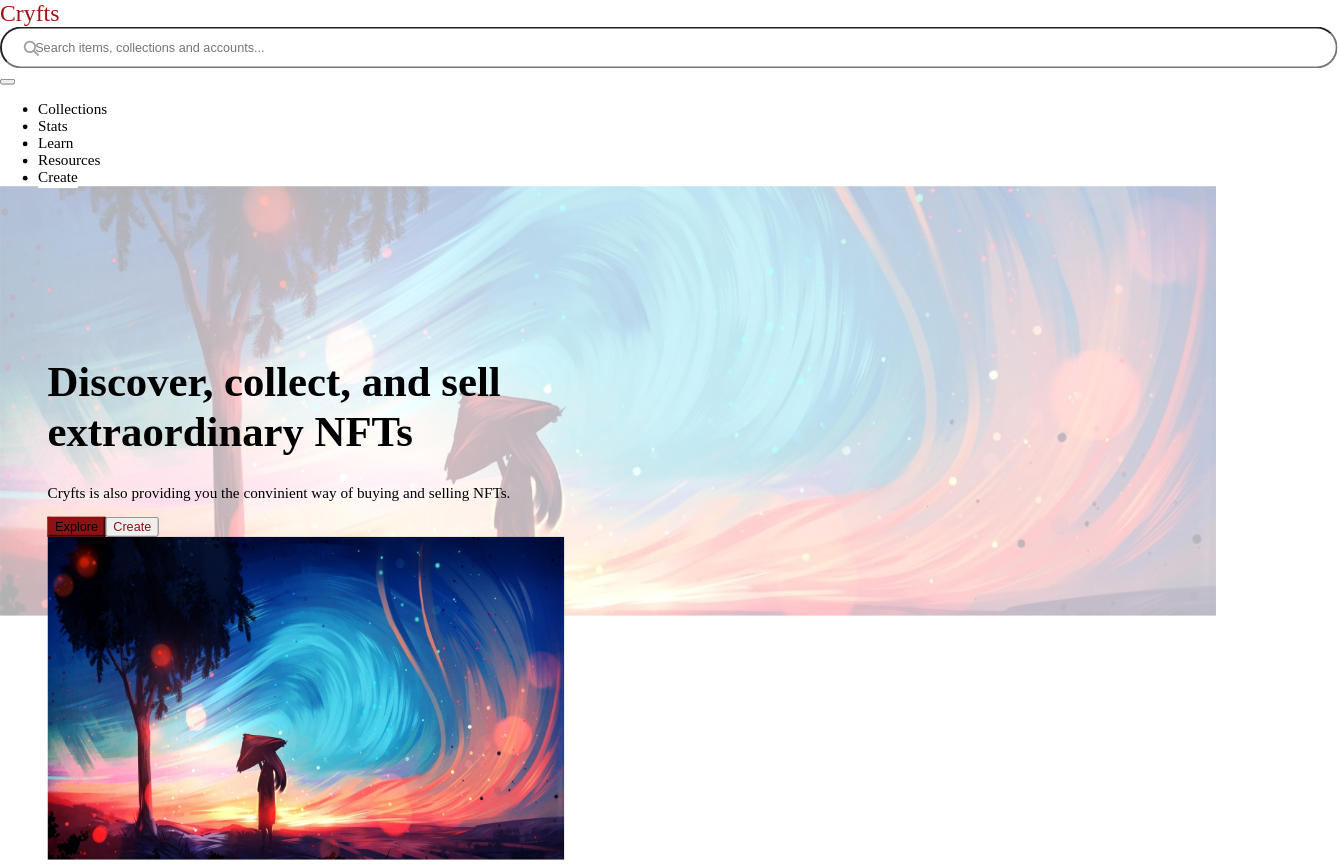
Repository: Huzaifa-2609/opensea_project
Page: /
The author's editor kept a copy of each file at every save. The page is drawn from the files as they stood at one save, then again after the next save.
The browser window is 1280 px wide. The page is 1408 px wide, so the pictures cover 1408 px, including what lies to the right of the window. The pictures show the whole page, at 95% of full size.
Some web libraries are served in a nearby version. The project was rebuilt for these pictures with package versions that can differ from the ones it lists, and the page was loaded fresh each time. The framework's server and built-in components were replaced by stand-ins that run in the browser. Also part of the build but not shown: next.config.js, styles/Home.module.css.

Above is the page before, as saved 2022-07-11 20:56:43.

### pages/_app.js
// import Navbar from '../components/Navbar'
import '../styles/globals.css'
import Head from "next/head"
import Script from 'next/script'
import "../styles/hero.css"
import Vnavbar from '../components/Vnavbar'
function MyApp({ Component, pageProps }) {
  return(
    <>
    <Script src="https://kit.fontawesome.com/30bda3e318.js" crossorigin="anonymous"></Script>
    <Script src="https://cdn.jsdelivr.net/npm/bootstrap@5.2.0-beta1/dist/js/bootstrap.bundle.min.js" integrity="sha384-pprn3073KE6tl6bjs2QrFaJGz5/SUsLqktiwsUTF55Jfv3qYSDhgCecCxMW52nD2" crossOrigin="anonymous"></Script>
    {/* <Navbar title={"Cryfts"}/> */}
    <Vnavbar title={"Cryfts"}/>
  <Component {...pageProps} />
  </>
  )
}

export default MyApp

### pages/_document.js
import { Html, Head, Main, NextScript } from 'next/document'

export default function Document() {
  return (
    <Html>
      <Head>
      <link href="https://cdn.jsdelivr.net/npm/bootstrap@5.2.0-beta1/dist/css/bootstrap.min.css" rel="stylesheet" integrity="sha384-0evHe/X+R7YkIZDRvuzKMRqM+OrBnVFBL6DOitfPri4tjfHxaWutUpFmBp4vmVor" crossOrigin="anonymous"/>
      </Head>
      <body>
        <Main />
        <NextScript />
      </body>
    </Html>
  )
}

### pages/index.js
import Head from 'next/head'
import Image from 'next/image'
import Hero from '../components/Hero'
import styles from '../styles/Home.module.css'

export default function Home() {
  return (
    <>
    <div>
      <Head>
        <title>Create Next App</title>
        <meta name="description" content="Generated by create next app" />
        <link rel="icon" href="/favicon.ico" />
      </Head>
         </div>
      <Hero/>
      </>
  )
}

### styles/globals.css
:root {
  --light: #9f1313;
  --dark: #8d1212;
}
html,
body {
  padding: 0;
  margin: 0;
  /* font-family: -apple-system, BlinkMacSystemFont, Segoe UI, Roboto, Oxygen,
    Ubuntu, Cantarell, Fira Sans, Droid Sans, Helvetica Neue, sans-serif; */
}

a {
  color: inherit;
  text-decoration: none;
}

* {
  box-sizing: border-box;
}
@media all and (min-width: 992px) {
  .navbar .nav-item .dropdown-menu{ display: none; }
  .navbar .nav-item .nav-link{ border-bottom:3px solid white;  }
  .navbar .nav-item:hover .nav-link{ border-bottom:3px solid var(--light);  }
  .navbar .nav-item:hover .dropdown-menu{ display: block; }
  .navbar .nav-item .dropdown-menu{ margin-top:0; }


}
@media all and (max-width: 992px){
  .pic{display: none;}
  .signup-cls{   margin-top: 15% !important;}
  .signin-cls .card{border:none; box-shadow: none !important;}
  .media{display: none;}
  .empass{flex-direction: column ;}
}

nav {
  /* border-bottom:1px solid #ede4e4; */
  background-color: white;
}
.comp1{
  width: 22rem;
  border: none;

}
.comp{
  margin: 90px 0px;
}
.text-color{
  color: var(--dark);
}
.bg-color{
  background-color: var(--dark);
}
.btn1:hover{
  background-color: var(--light);
  border-color: var(--dark);

}
.bd-color{
  border-color: var(--dark);
}
.navbar-light .navbar-brand{
  color: var(--dark);
}
.navbar-light .navbar-brand:hover{
  color: var(--light);
}
.navbar-brand{
  font-size: 25px;
}
.link-hover :hover{
  color: var(--dark);
}
.form-check-label-color{
  color: var(--dark);
}
.form-outline{
  width: 75%!important;
}
.form-control:focus {
  border-color: #ced4da;
  box-shadow: none!important;
}

/* Navbar search css */
.form{
  position: relative;

}

.form .fa-search{

  position: absolute;
  top:15px;
  left: 25px;
  color: #9ca3af;

}

.form span{

  position: absolute;
  right: 17px;
  top: 13px;
  padding: 2px;
  border-left: 1px solid #d1d5db;

}

.left-pan{
  padding-left: 7px;
}

.left-pan i{

 padding-left: 10px;
}

.form-input{
  width: 220%;
  height: 44px;
  text-indent: 33px;
  border-radius: 40px;
}

.form-input:focus{

  box-shadow: none;
  border:none;
}

### styles/hero.css
/* .body{
} */
/* .bg{
    background: url("../public/nftbg.jpg") no-repeat center center/cover;
} */
.bg::before{
    content: "";
    background:url("../public/nftbg.jpg") no-repeat center center/cover;
    position: absolute;
    height:90%;
    width:100%;
    z-index: -1;
    opacity: 0.3;
    top: 0px;
    left: 0px;
}

### components/Vnavbar.js
import React from 'react'
import Link from 'next/link'
import { useRouter } from 'next/router'

const Vnavbar = (props) => {
    const location=useRouter();
    return (
      <div>
        <nav className="navbar  navbar-text h-100 shadow-sm navbar-expand-lg navbar-light">
    <div className=" d-flex flex-column h-100">
        <div className="d-flex flex-column">

      <a className="navbar-brand text-color fw-bolder ml-2" href="/">{props.title}</a>
      <div className="collapse navbar-collapse" style={{width:"50%"}} id="navbarSupportedContent">

              <div className="row height d-flex justify-content-center align-items-center">

                  <div className="form">
                    <i className="fa fa-search"></i>
                    <input type="text" className="form-control form-input" placeholder="Search items, collections and accounts..."/>
                  </div>

              </div>
              </div>
      <button className="navbar-toggler" type="button" data-bs-toggle="collapse" data-bs-target="#navbarSupportedContent" aria-controls="navbarSupportedContent" aria-expanded="false" aria-label="Toggle navigation">
        <span className="navbar-toggler-icon"></span>
      </button>


        <ul className="navbar-nav gap-4 d-flex flex-column m-auto mb-2 mb-lg-0 fw-bold" style={location.pathname==="/signup"?{visibility:"hidden"}:{}}>
        <li className="nav-item">
            <Link href="/collections/0x7132e1d414161A232c2027aE6C66D7914649bA66"><a className="nav-link " aria-current="page" >Collections</a></Link>
          </li>
          <li className="nav-item">
            <Link href="/"><a className="nav-link" aria-current="page" >Stats</a></Link>
          </li>
          <li className="nav-item">
            <Link href="/"><a className="nav-link " >Learn</a></Link>
          </li>

          <li className="nav-item dropdown">
            <Link href="/"><a className="nav-link dropdown-toggle pe-none"  id="navbarDropdown" role="button" data-bs-toggle="dropdown" aria-expanded="false">
              Resources
            </a></Link>
            <ul className="dropdown-menu" aria-labelledby="navbarDropdown">
              <li><Link href="/"><a className="dropdown-item" >Action</a></Link></li>
              <li><Link href="/"><a className="dropdown-item" >Another action</a></Link></li>
              <li><hr className="dropdown-divider"/></li>
              <li><Link href="/"><a className="dropdown-item" >Something else here</a></Link></li>
            </ul>
          </li>
          <li className="nav-item">
            <Link  href="/"><a className="nav-link">Create</a></Link>
          </li>
        </ul >
        {/* <form className="d-flex" role="search">
          <ul className="navbar-nav gap-3 media" style={location.pathname==="/signup"?{display:"none"}:{}}>
        <li className="nav-item float-right">
            <Link href="/login"><a className="nav-link"  >Sign in</a></Link>
      </li>
        <li className="nav-item mx-2">
      <Link href='/signup'><a className="btn btn1 btn-primary bd-color bg-color"  style={location.pathname==="/signup"?{display:"none"}:{}} type="submit">Get Started</a></Link>
      </li>
          </ul>
        </form> */}
      </div>
    </div>
  </nav>
      </div>
    )

}

export default Vnavbar

### components/Hero.js
import React from "react";
import Image from "next/image";
import img from "../public/nftbg.jpg";

const Hero = () => {
  const style = {
    marginTop: "100px",
    height: "70vh",
    padding: "50px",
  };
  return (
    <>
      <div
        className=" d-flex justify-content-between bg align-items-center "
        style={style}
      >
        <div
          className="card mb-3 border-0 bg-transparent"
          style={{ width: "34rem" }}
        >
          <div className="card-body">
            <h1 className="card-title " style={{ fontSize: "45px" }}>
              Discover, collect, and sell extraordinary NFTs
            </h1>
            <p className="card-subtitle text-muted mt-3 fs-3">
              Cryfts is also providing you the convinient way of buying and selling NFTs.
            </p>
          </div>
          <div className="d-flex gap-4 m-2">
          <button type="button" className="btn btn-primary bd-color bg-color btn1 btn-lg fs1 w-25 py-2">
            Explore
          </button>
          <button type="button" className="btn btn-light border-1 shadow-sm btn-lg text-color fs1 w-25 py-2">
            Create
          </button>
          </div>
        </div>
        <div className="card mb-3 border-0 " style={{ width: "34rem" }}>
          <Image
            src={img}
            className="card-img-top"
            alt="NFT image"
            style={{ height: "34rem" }}
          />
          {/* <div className="card-body">
            <h1 className="card-title">Discover, collect, and sell extraordinary NFTs</h1>
            <h3 className="card-subtitle text-muted mt-3">
            OpenSea is the world's first and largest NFT marketplace
            </h3>
          </div> */}
        </div>
      </div>
    </>
  );
};

export default Hero;

### components/Navbar.js
import React from 'react'
import Link from 'next/link'
import { useRouter } from 'next/router'
const Navbar = (props) => {
  const location=useRouter();
  return (
    <div>
      <nav className="navbar shadow-sm fixed-top navbar-expand-lg navbar-light">
  <div className="container-fluid">
    <a className="navbar-brand text-color fw-bolder ml-2" href="/">{props.title}</a>
    <button className="navbar-toggler" type="button" data-bs-toggle="collapse" data-bs-target="#navbarSupportedContent" aria-controls="navbarSupportedContent" aria-expanded="false" aria-label="Toggle navigation">
      <span className="navbar-toggler-icon"></span>
    </button>

    <div className="collapse navbar-collapse" style={{width:"50%"}} id="navbarSupportedContent">

            <div className="row height d-flex justify-content-center align-items-center">

                <div className="form">
                  <i className="fa fa-search"></i>
                  <input type="text" className="form-control form-input" placeholder="Search items, collections and accounts..."/>
                </div>

            </div>


      <ul className="navbar-nav gap-4 m-auto mb-2 mb-lg-0 fw-bold" style={location.pathname==="/signup"?{visibility:"hidden"}:{}}>
      <li className="nav-item">
          <Link href="/collections/0x7132e1d414161A232c2027aE6C66D7914649bA66"><a className="nav-link " aria-current="page" >Collections</a></Link>
        </li>
        <li className="nav-item">
          <Link href="/"><a className="nav-link" aria-current="page" >Stats</a></Link>
        </li>
        <li className="nav-item">
          <Link href="/"><a className="nav-link " >Learn</a></Link>
        </li>

        <li className="nav-item dropdown">
          <Link href="/"><a className="nav-link dropdown-toggle pe-none"  id="navbarDropdown" role="button" data-bs-toggle="dropdown" aria-expanded="false">
            Resources
          </a></Link>
          <ul className="dropdown-menu" aria-labelledby="navbarDropdown">
            <li><Link href="/"><a className="dropdown-item" >Action</a></Link></li>
            <li><Link href="/"><a className="dropdown-item" >Another action</a></Link></li>
            <li><hr className="dropdown-divider"/></li>
            <li><Link href="/"><a className="dropdown-item" >Something else here</a></Link></li>
          </ul>
        </li>
        <li className="nav-item">
          <Link  href="/"><a className="nav-link">Create</a></Link>
        </li>
      </ul >
      {/* <form className="d-flex" role="search">
        <ul className="navbar-nav gap-3 media" style={location.pathname==="/signup"?{display:"none"}:{}}>
      <li className="nav-item float-right">
          <Link href="/login"><a className="nav-link"  >Sign in</a></Link>
    </li>
      <li className="nav-item mx-2">
    <Link href='/signup'><a className="btn btn1 btn-primary bd-color bg-color"  style={location.pathname==="/signup"?{display:"none"}:{}} type="submit">Get Started</a></Link>
    </li>
        </ul>
      </form> */}
    </div>
  </div>
</nav>
    </div>
  )
}

export default Navbar

After the next save:
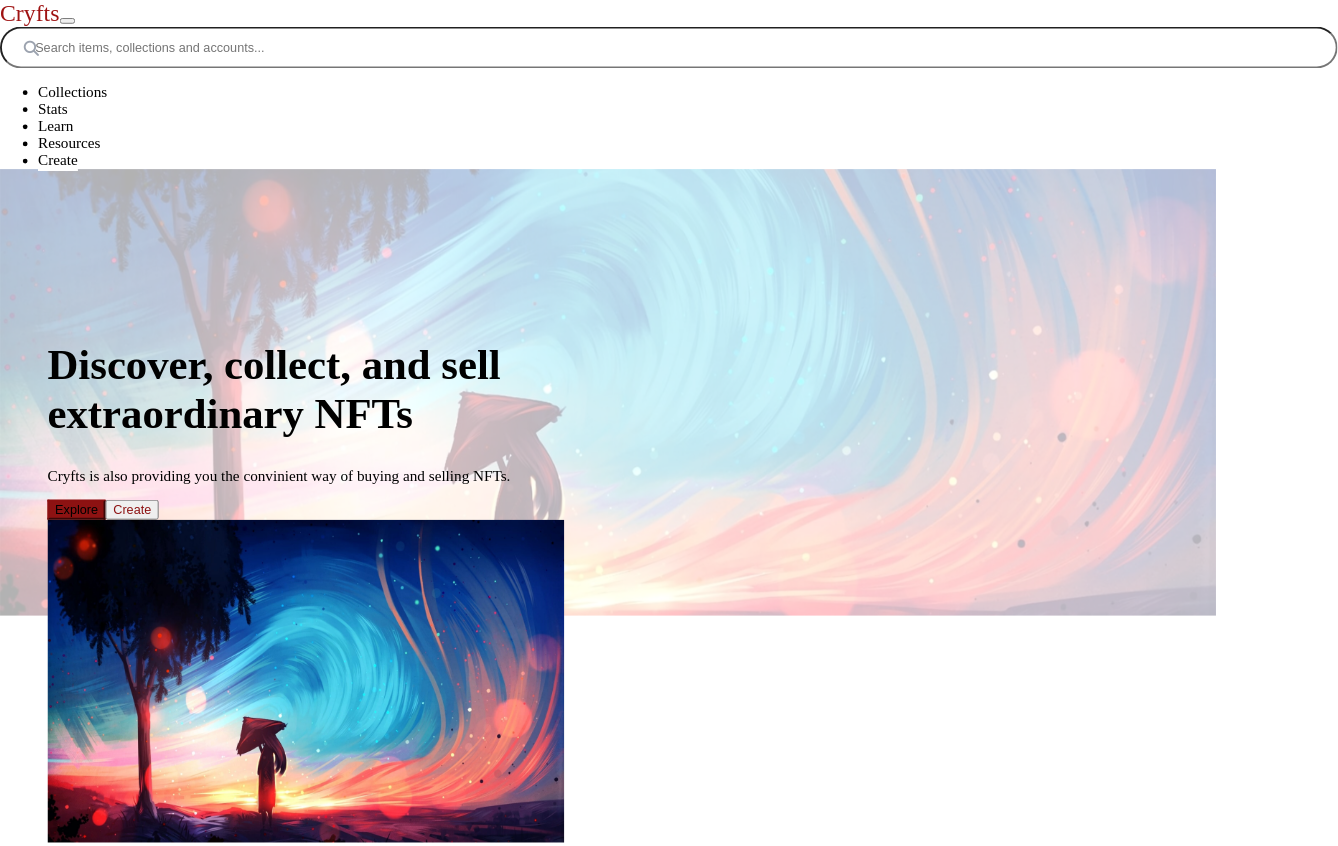
Saved 37 s later.
--- a/pages/_app.js
+++ b/pages/_app.js
@@ -1,16 +1,16 @@
-// import Navbar from '../components/Navbar'
+import Navbar from '../components/Navbar'
 import '../styles/globals.css'
 import Head from "next/head"
 import Script from 'next/script'
 import "../styles/hero.css"
-import Vnavbar from '../components/Vnavbar'
+// import Vnavbar from '../components/Vnavbar'
 function MyApp({ Component, pageProps }) {
   return(
     <>
     <Script src="https://kit.fontawesome.com/30bda3e318.js" crossorigin="anonymous"></Script>
     <Script src="https://cdn.jsdelivr.net/npm/bootstrap@5.2.0-beta1/dist/js/bootstrap.bundle.min.js" integrity="sha384-pprn3073KE6tl6bjs2QrFaJGz5/SUsLqktiwsUTF55Jfv3qYSDhgCecCxMW52nD2" crossOrigin="anonymous"></Script>
-    {/* <Navbar title={"Cryfts"}/> */}
-    <Vnavbar title={"Cryfts"}/>
+    <Navbar title={"Cryfts"}/>
+    {/* <Vnavbar title={"Cryfts"}/> */}
   <Component {...pageProps} />
   </>
   )
